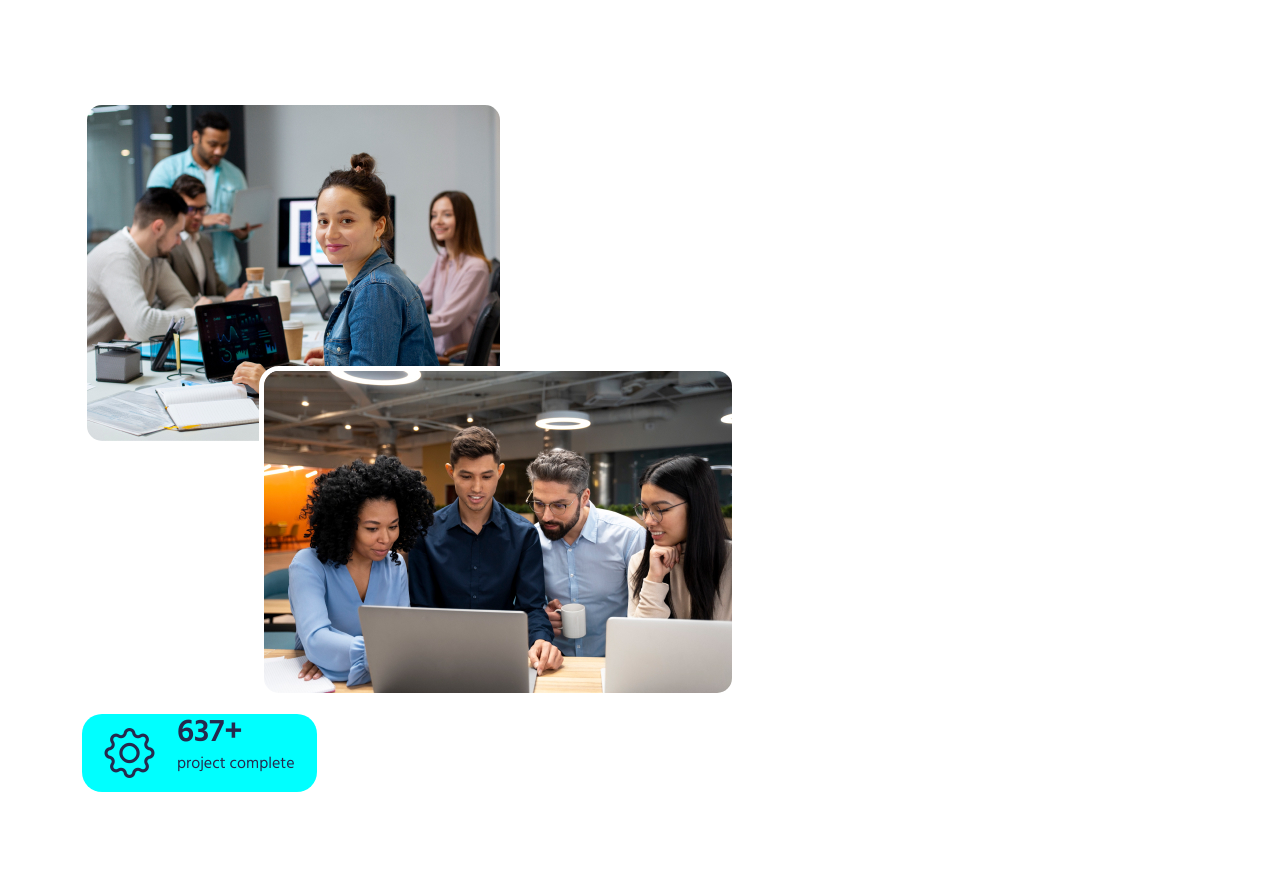
Repository: tagnam/mirehel2.0
Page: about.html
The author's editor kept a copy of each file at every save. The page is drawn from the files as they stood at one save, then again after the next save.
The browser window is 1280 px wide. The pictures show the whole page.

Above is the page before, as saved 2025-02-03 12:09:07.

After the next save:
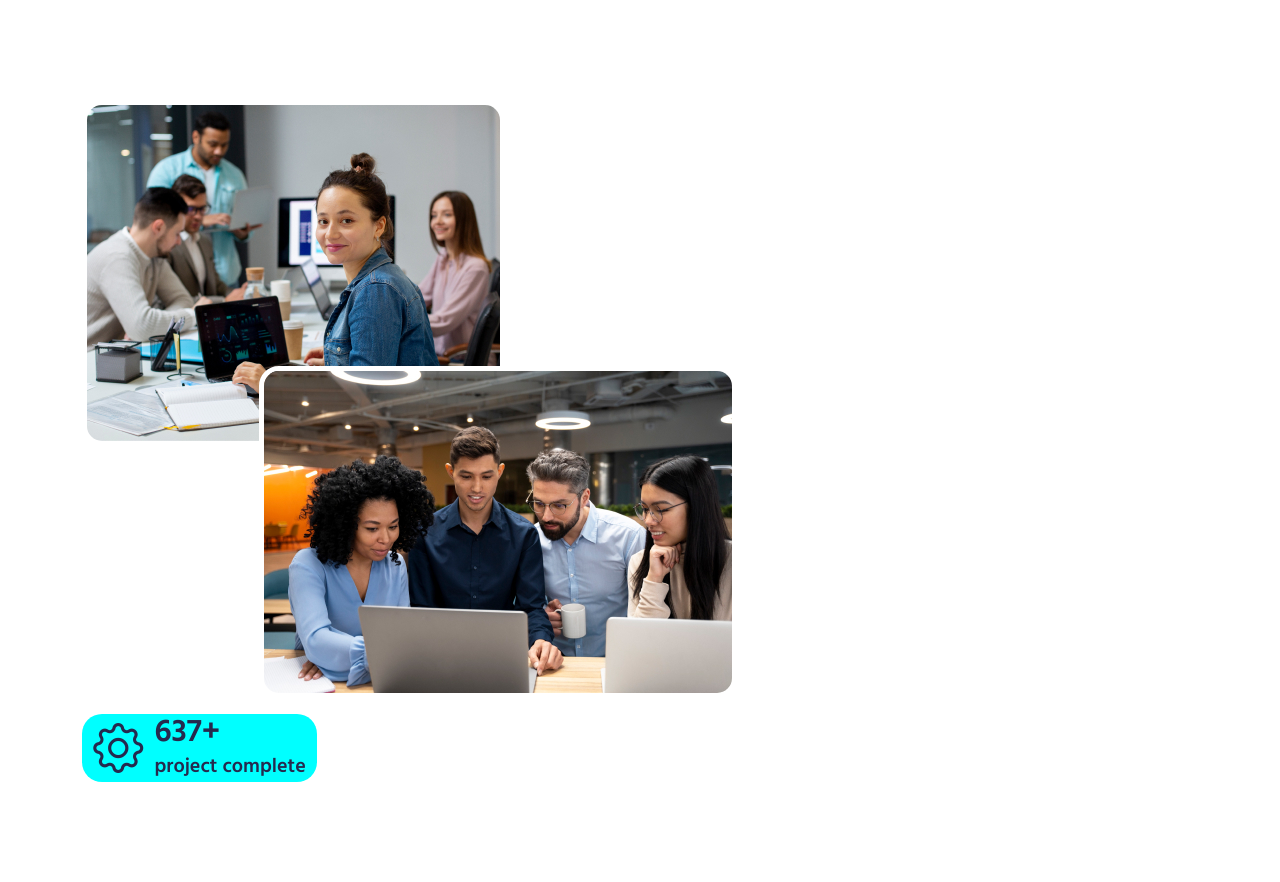
Saved 49 s later.
--- a/style/css/style.css
+++ b/style/css/style.css
@@ -471,6 +471,8 @@ linear-gradient(180deg, red 0%, #00000000 90.04%) border-box;
 }
 
 .project-number p{
-
-
-}
+    margin: unset;
+    font-weight: 600;
+    font-size: 20px;
+
+}
